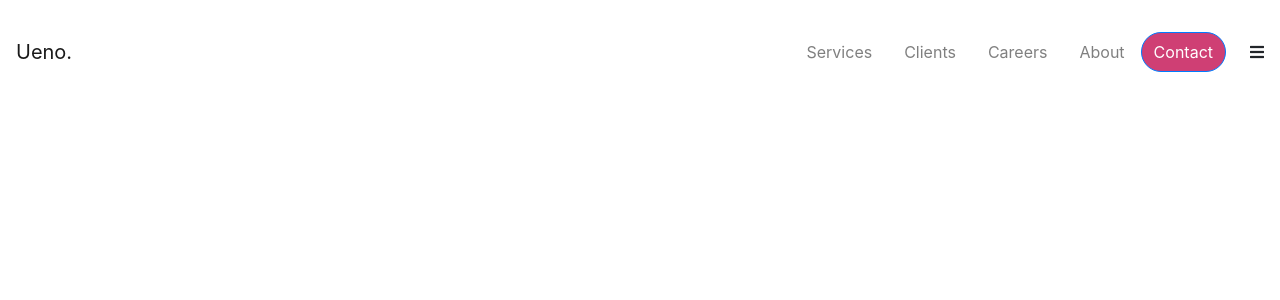
Repository: DeepaPrasanna/UenoClone
Page: /
The author's editor kept a copy of each file at every save. The page is drawn from the files as they stood at one save, then again after the next save.
The browser window is 1280 px wide. The pictures show the whole page.
The project was rebuilt for these pictures with package versions that can differ from the ones it lists, and the page was loaded fresh each time.

Above is the page before, as saved 2021-05-03 02:40:07.

After the next save:
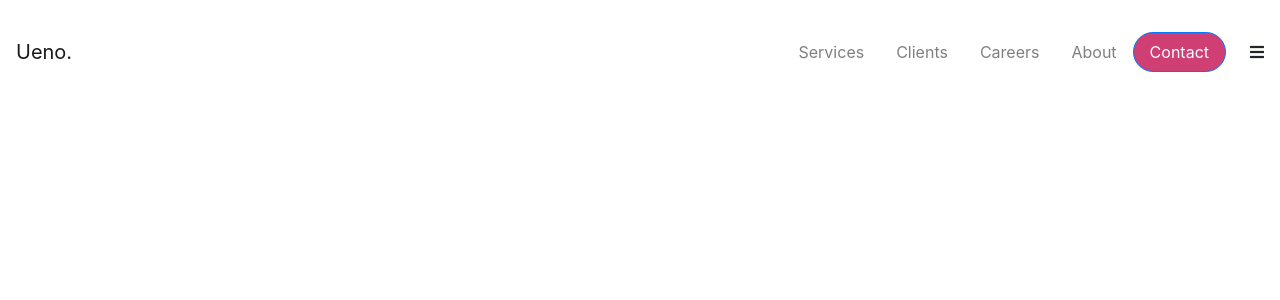
Saved 16 s later.
--- a/src/components/Header.js
+++ b/src/components/Header.js
@@ -10,11 +10,19 @@
         <Navbar.Toggle aria-controls="basic-navbar-nav" />
         <Navbar.Collapse id="basic-navbar-nav ">
           <Nav className="ml-auto d-none d-sm-none d-md-flex m-2 p-3">
-            <Nav.Link href="#home" className = "px-3">Services</Nav.Link>
-            <Nav.Link href="#link" className = "px-3">Clients</Nav.Link>
-            <Nav.Link href="#link" className = "px-3">Careers</Nav.Link>
-            <Nav.Link href="#link" className = "px-3">About</Nav.Link>
-            <Button type="button" className=" contact-button rounded-pill">
+            <Nav.Link href="#home" className="px-3">
+              Services
+            </Nav.Link>
+            <Nav.Link href="#link" className="px-3">
+              Clients
+            </Nav.Link>
+            <Nav.Link href="#link" className="px-3">
+              Careers
+            </Nav.Link>
+            <Nav.Link href="#link" className="px-3">
+              About
+            </Nav.Link>
+            <Button type="button" className=" px-3 contact-button rounded-pill">
               Contact
             </Button>
           </Nav>
